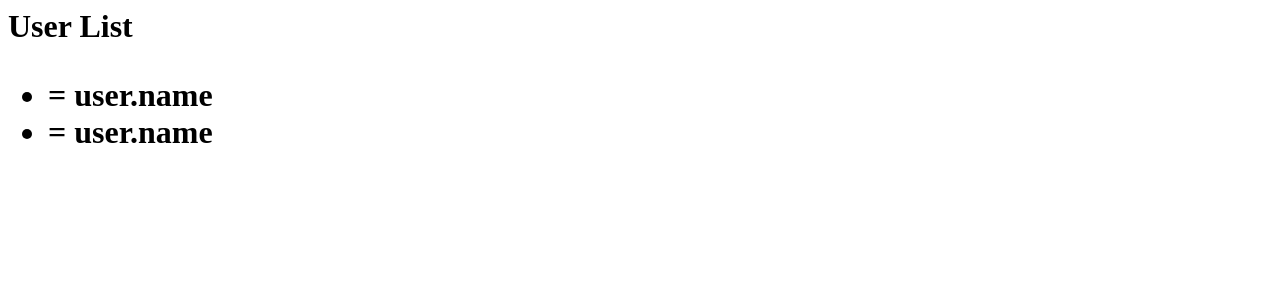
Repository: HuuNghi/nodeTokyo
Page: http://localhost/users
The author's editor kept a copy of each file at every save. The page is drawn from the files as they stood at one save, then again after the next save.
The browser window is 1280 px wide. The pictures show the whole page.
The page is served by the project's Node server (index.js).

Above is the page before, as saved 2020-04-05 22:37:39.

### views/users/index.pug
h1 User List
  ul
    each user in users
      li = user.name

### index.js
const express = require('express');
const port = 3000;
const app = express();
app.set('view engine', 'pug');
app.set('views', './views');

app.listen(port, () => {
  console.log(`App listening on port ${port}`);
});

app.get('/', (req, res) => {
  res.render('index', {
    name: 'Nghi',
  });
});
app.get('/users', (req, res) => {
  res.render('users/index', {
    users: [
      {id: 1, name: 'Name 1'},
      {id: 2, name: 'Name 2'},
    ]
  });
});

After the next save:
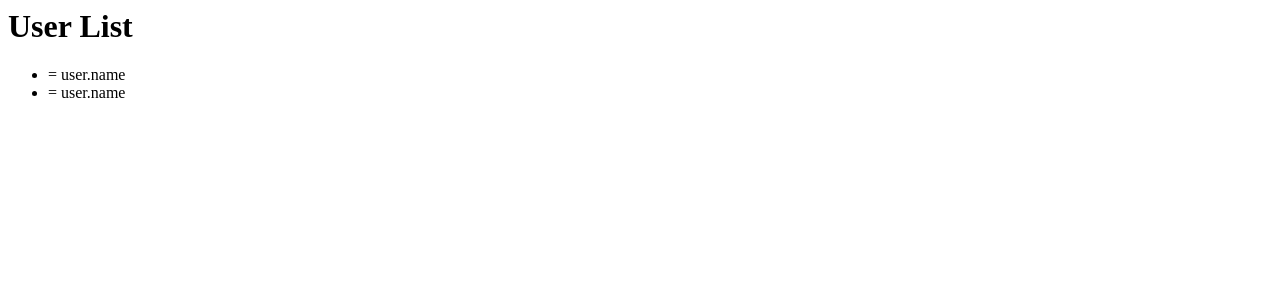
Saved 21 s later.
--- a/views/users/index.pug
+++ b/views/users/index.pug
@@ -1,4 +1,4 @@
 h1 User List
-  ul
-    each user in users
-      li = user.name
+ul
+  each user in users
+    li = user.name
